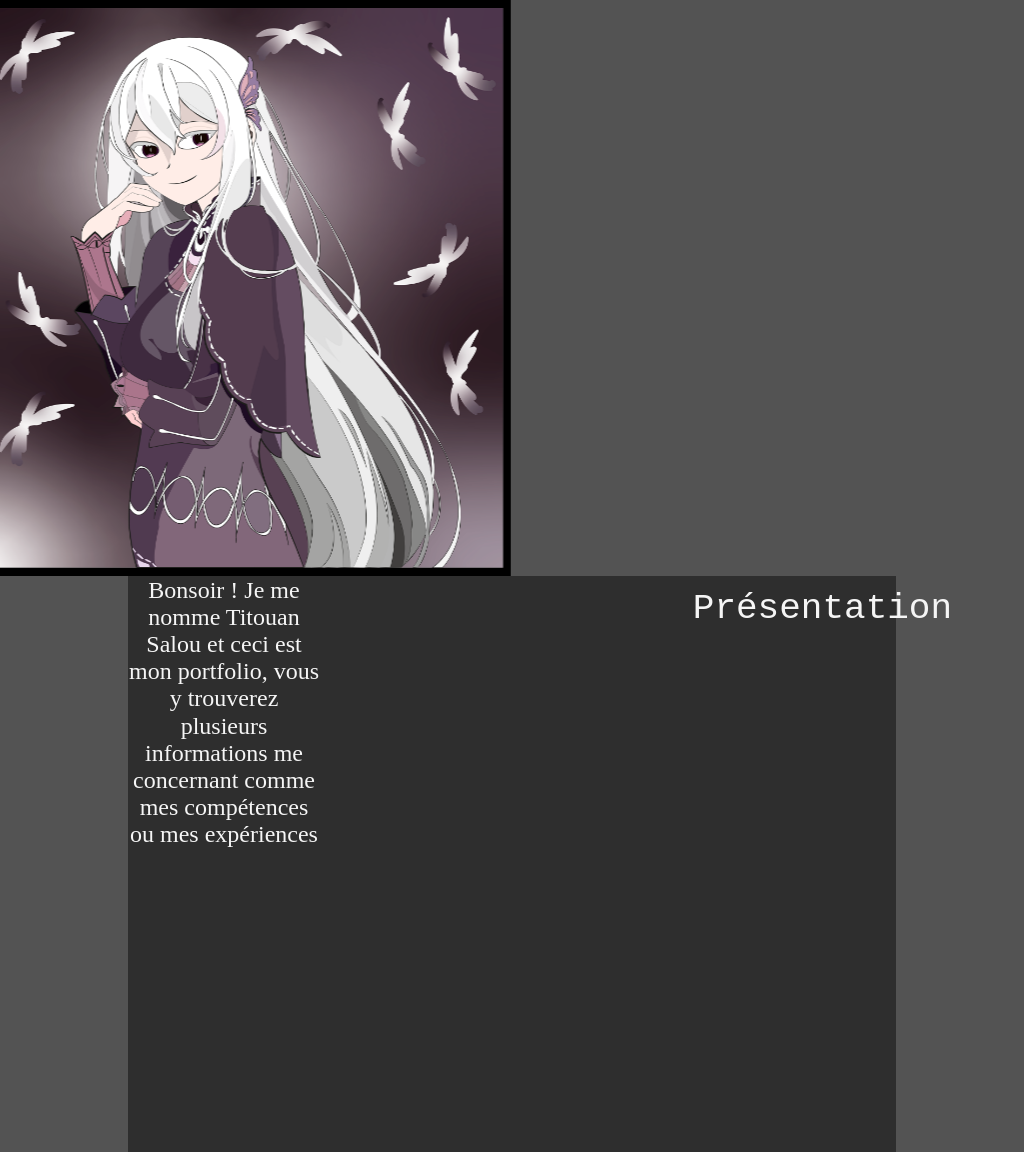
Repository: Mini-T/portfolio
Page: cv.html
The author's editor kept a copy of each file at every save. The page is drawn from the files as they stood at one save, then again after a run of saves.
The browser window is 1280 px wide. The pictures show the whole page, at 80% of full size.
After loading, the first visible `#btnpresentation` was clicked once.

Above is the page before, as saved 2021-10-06 00:01:32.

### cv.html
<!DOCTYPE html>
<html lang="en">
  <head>
    <meta charset="UTF-8" />
    <meta http-equiv="X-UA-Compatible" content="IE=edge" />
    <meta name="viewport" content="width=device-width, initial-scale=1.0" />
    <link rel="stylesheet" href="cv.css" />

    <title>Document</title>
  </head>
  <body>
    <div id="master">
    <header>
      <div id="spawnscreen" class="backg">
        <img class="image" src="img/Echidna.png" alt="" />
        <img class="image" src="img/Halibel.png" alt="" />
        <img class="image" src="img/logo ytb ok.png" alt="" />
        <img class="image" src="img/versionfinal.jpg" alt="" />
        <img class="image" src="img/Echidna.png  " alt="" />
      </div>
    </header>
    <main>
      <nav id="navbar" class="reveal">
        <button id="btnpresentation" class="onglet">Présentation</button>
        <button id="btnskill" class="onglet">Compétences</button>
        <button id="btnformation" class="onglet">Formations</button>
        <button id="btndiplomes" class="onglet">Diplomes</button>

        <div class="">Bonsoir ! Je me nomme Titouan Salou et ceci est mon portfolio, vous y trouverez plusieurs informations me concernant comme mes compétences ou mes expériences</div>

      </nav>
    </main>
    <script src="cv.js"></script>
  </div></body>
</html>

### cv.css
body {
  display: grid;
  justify-content: center;
  background-color: rgb(83, 83, 83);
  margin: 0px;
  padding: 0px;
}
#master {
  display: grid;
  grid-template-rows: 1fr 1fr;
  justify-content: center;
  width: 100vw;
  overflow-y: auto;
  overflow-x: unset;
  min-height: 100vh;
}
main {
  justify-content: center;
  justify-self: center;
  width: 75vw;
  display: grid;
  grid-template-rows: 80px 1fr 1fr 1fr 1fr;
  grid-template-columns: 25% 25% 25% 25%;
  background-color: rgb(46, 46, 46);
  grid-template-areas: "nav nav nav nav";
}

nav {
  grid-area: nav;
  color: whitesmoke;
  font-size: 30px;
  /* border-bottom: solid 2px black;
  border-top: solid 2px black; */
  display: grid;
  grid-template-columns: repeat(4, 1fr);

  text-align: center;
  justify-content: center;
  align-items: center;
  width: 100%;
  height: 80px;
  grid-template-areas: " btnpresentation btnskills btnformation btndiplomes ";
}
.navpresentationfocus {
  grid-area: nav;
  color: whitesmoke;
  font-size: 30px;
  /* border-bottom: solid 2px black;
  border-top: solid 2px black; */
  display: grid;
  grid-template-columns: 1fr;

  text-align: center;
  justify-content: center;
  align-items: center;
  width: 100%;
  height: 80px;
  grid-template-areas: "btnpresentation";
}
.hidden {
  display: none;
}
#btnskill {
  grid-area: btnskills;
}
#btnformation {
  grid-area: btnformation;
}
#btndiplomes {
  grid-area: btndiplomes;
}
#btnpresentation {
  transition: all 0.3s ease;
  grid-area: btnpresentation;
}
a {
  font-family: "Courier New", Courier, monospace;
  text-decoration: none;
  color: unset;
}
#spawnscreen {
  display: flex;
  overflow-x: hidden;
  width: 100vw;
  height: 100vh;
  min-height: 600px;
  background-attachment: fixed;
  background-position: left;
  background-repeat: repeat;
  background-size: cover;
}

.apparition {
  animation: 1s ease-out 1 navanime;
}
@keyframes navanime {
  0% {
    opacity: 0%;
    position: relative;

    right: 40%;
  }
  100% {
    opacity: 80%;
    position: relative;
    right: 0%;
  }
}
@keyframes navanimereverse {
  0% {
    opacity: 0%;
    position: relative;
    left: 40%;
  }
  100% {
    opacity: 80%;
    position: relative;
    left: 0%;
  }
}
.image {
  width: auto;
  animation-timing-function: ease;
  animation-iteration-count: infinite;
  max-width: 100vw;
  height: auto;
  border: solid 10px black;
  animation-duration: 10s;
  animation-name: caroussel;
}
@keyframes caroussel {
  0% {
    transform: translateX(0);
  }
  25% {
    transform: translateX(-959px);
  }
  50% {
    transform: translateX(-2758px);
  }
  75% {
    transform: translateX(-3558px);
  }
  100% {
    transform: translateX(0);
  }
}
.apparitionreverse {
  animation: 1s ease-out 1 navanimereverse;
}
.reveal {
  opacity: 0;
}
.revealtrue {
  opacity: 100%;
}
.onglet {
  justify-self: center;
  width: 200px;
  height: 80px;
  background: unset;
  border: unset;
  color: whitesmoke;
  font-size: 30px;
  font-family: "Courier New", Courier, monospace;
}
.zoom {
  margin-left: 50%;
  position: absolute;
  justify-self: center;
  font-size: 45px;
}

### cv.js
nav = document.getElementById('navbar')
window.addEventListener("scroll", () =>{
    if(window.scrollY > 99){
        document.getElementById('navbar').classList.add('revealtrue', 'apparition')
        console.log(window.scrollY)
    }

})
button1 = document.getElementById('btnpresentation');
button2 = document.getElementById('btnskill');
button3 = document.getElementById('btnformation');
button4 = document.getElementById('btndiplomes');

button1.addEventListener("click", () =>{
    nav.classList.remove('nav');
    document.getElementById('btnpresentation').classList.add('zoom');
    document.getElementById('btnskill').classList.add('hidden');
    document.getElementById('btnformation').classList.add('hidden');
    document.getElementById('btndiplomes').classList.add('hidden')

})

After the next 2 saves:
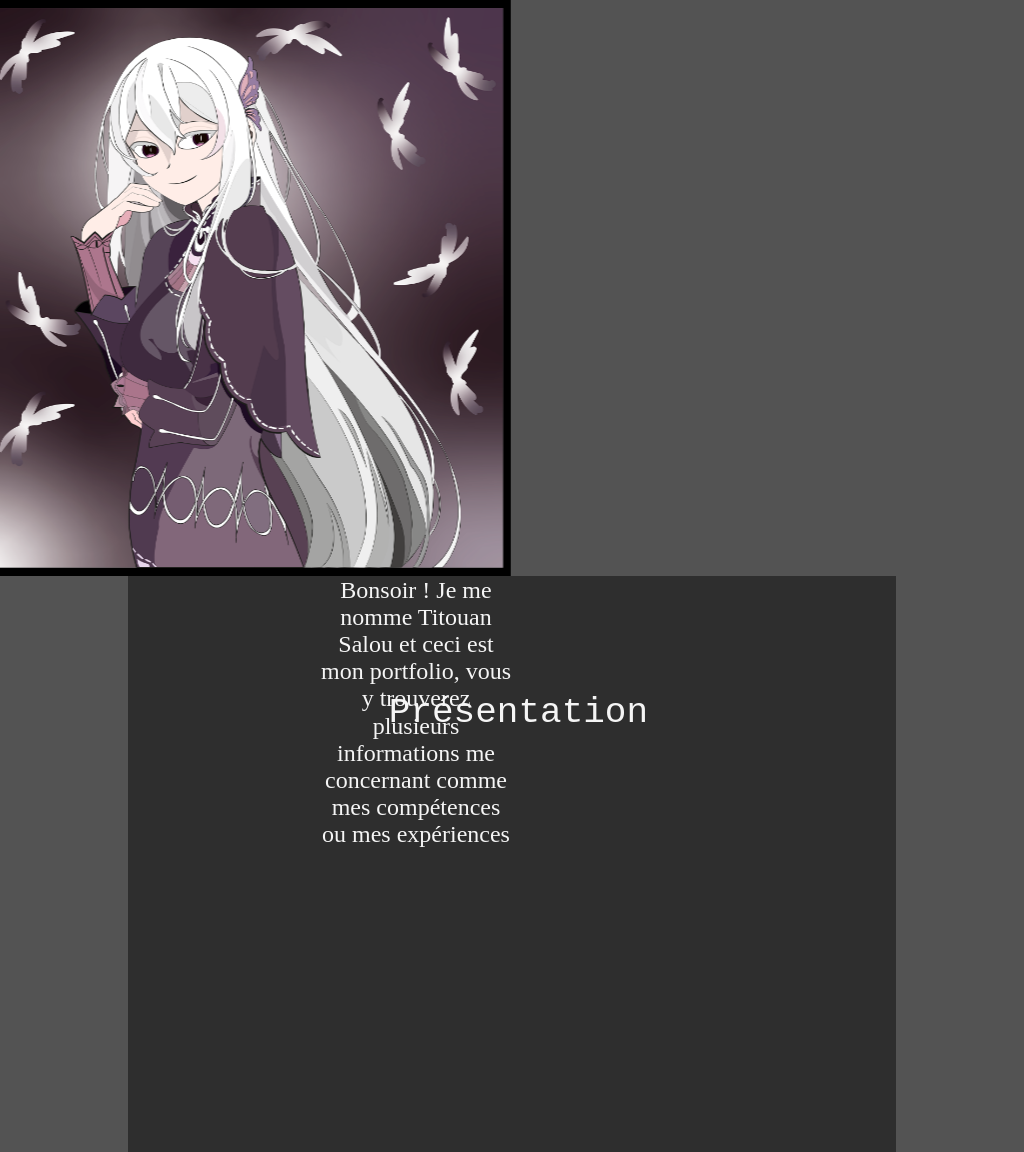
The 2 saves are shown as one change because they came seconds apart.
The last was saved 5 s later.
--- a/cv.css
+++ b/cv.css
@@ -165,8 +165,8 @@
   font-family: "Courier New", Courier, monospace;
 }
 .zoom {
-  margin-left: 50%;
-  position: absolute;
+  margin-left: 250%;
+  position: relative;
   justify-self: center;
   font-size: 45px;
 }
